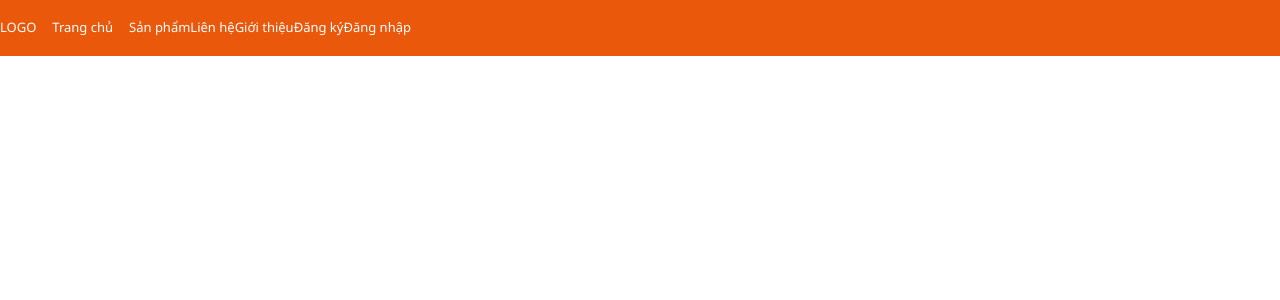
Repository: TinhTT336/MD02_Session15
Page: / (app in client/)
These files come from the project's save history. The page is drawn as it stood at one moment and after the next save; the edit follows.
The browser window is 1280 px wide. The pictures show the whole page.
The project was rebuilt for these pictures with package versions that can differ from the ones it lists, and the page was loaded fresh each time. Also part of the build but not shown: client/vite.config.js.

Above is the page before, as saved 2023-09-15 09:12:45.

### client/src/main.jsx
import React from 'react'
import ReactDOM from 'react-dom/client'
import App from './App.jsx'
import './index.css'
import { BrowserRouter } from "react-router-dom";

ReactDOM.createRoot(document.getElementById('root')).render(
  <BrowserRouter>
    <App />
  </BrowserRouter>
)

### client/src/App.jsx
import Header from '../components/user/header/Header';
import "./assets/styles/main.css";

function App() {

  return (
    <>
      <Header />
    </>
  )
}

export default App

### client/components/user/header/Header.jsx
import React from 'react';
import { NavLink } from "react-router-dom";

export default function Header() {
    return (
        <>
            <div className='w-full bg-orange-600 h-14 text-white flex items-center justify-center'>
                <div className='flex gap-4'>
                    <NavLink>LOGO</NavLink>
                    <NavLink>Trang chủ</NavLink>
                    <NavLink>Sản phẩm</NavLink>
                </div>
                <div>
                    <NavLink>Liên hệ</NavLink>
                    <NavLink>Giới thiệu</NavLink>
                    <NavLink>Đăng ký</NavLink>
                    <NavLink>Đăng nhập</NavLink>
                </div>
            </div>
        </>
    )
}

### client/src/assets/styles/main.css
* {
  margin: 0;
  padding: 0;
  box-sizing: border-box;
}
@font-face {
  font-family: Notosans-bold;
  src: url(../fonts/notosans-bold.3ede5aff.woff2);
}
@font-face {
  font-family: Notosans-italic;
  src: url(../fonts/notosans-italic.1c1aaac9.woff2);
}
@font-face {
  font-family: Notosans-regular;
  src: url(../fonts/notosans-regular.2cb88a13.woff2);
}
@font-face {
  font-family: Notosans-semibold;
  src: url(../fonts/notosans-semibold.df3e6dc4.woff2);
}

body {
  height: 100%;
  width: 100%;
  font-size: 13px;
  font-family: Notosans-regular;
  color: #000000;
  background-color: #ffffff;
}

::-webkit-scrollbar {
  width: 10px;
  height: 10px;
}
::-webkit-scrollbar-track {
  background: #f1f1f1;
}
::-webkit-scrollbar-thumb {
  background: #b8bcc3;
}
::-webkit-scrollbar-thumb:hover {
  background: #888;
}
::-webkit-scrollbar-track-piece {
  background-color: #f1f1f1;
  width: 10px;
}

Loaded but not shown: client/src/index.css (common file); client/tailwind.config.js (common file)

After the next save:
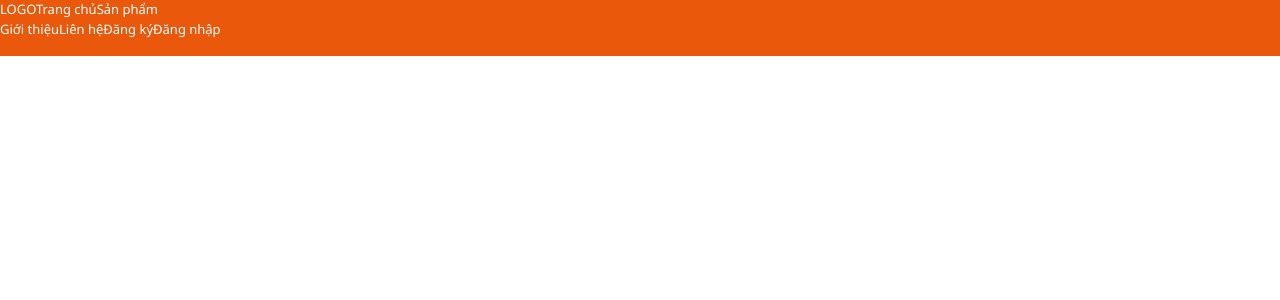
Saved 51 s later.
--- a/client/components/user/header/Header.jsx
+++ b/client/components/user/header/Header.jsx
@@ -1,22 +1,22 @@
-import React from 'react';
+import React from "react";
 import { NavLink } from "react-router-dom";
 
 export default function Header() {
     return (
         <>
-            <div className='w-full bg-orange-600 h-14 text-white flex items-center justify-center'>
-                <div className='flex gap-4'>
+            <div className="w-full bg-orange-600 h-14 text-white">
+                <div>
                     <NavLink>LOGO</NavLink>
                     <NavLink>Trang chủ</NavLink>
                     <NavLink>Sản phẩm</NavLink>
                 </div>
                 <div>
+                    <NavLink>Giới thiệu</NavLink>
                     <NavLink>Liên hệ</NavLink>
-                    <NavLink>Giới thiệu</NavLink>
                     <NavLink>Đăng ký</NavLink>
                     <NavLink>Đăng nhập</NavLink>
                 </div>
             </div>
         </>
-    )
+    );
 }
